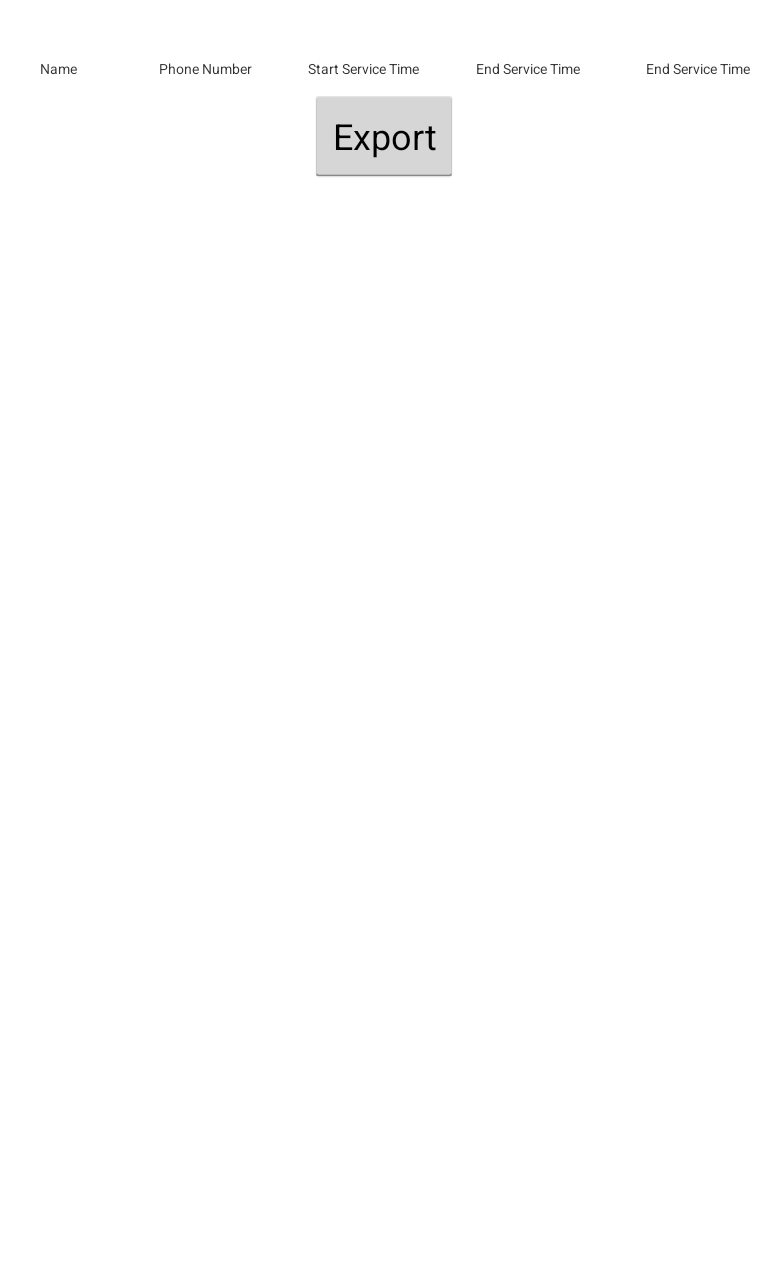
Repository: judemailom/queue-manager
Layout: QueueManager/res/layout/activity_logs.xml
These files come from the project's save history. The layout is drawn as it stood at one moment and after the next save; the edit follows.
It is drawn on a 768 x 1280 px phone screen (xhdpi) without system bars, with theme AppTheme; the app's code is not run.

Above is the layout before, as saved 2014-02-05 15:54:39.

After the next save:
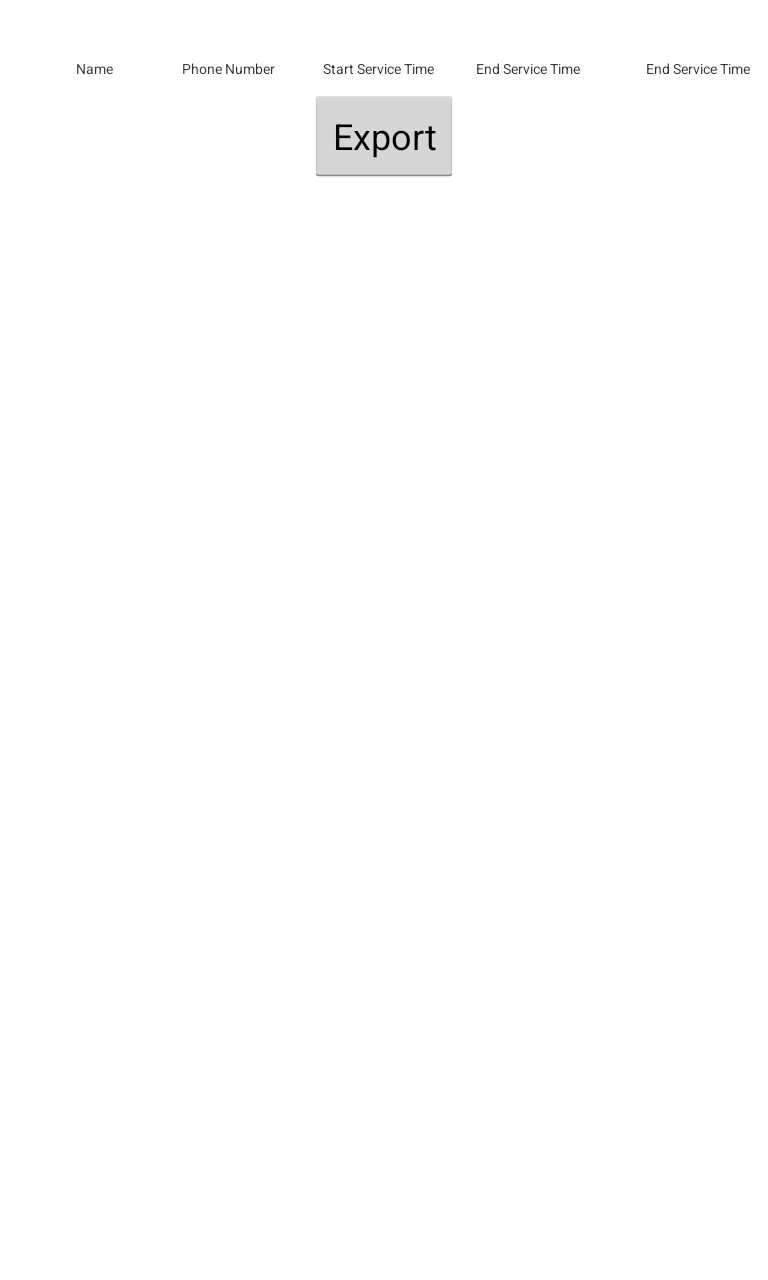
Saved 11 s later.
--- a/QueueManager/res/layout/activity_logs.xml
+++ b/QueueManager/res/layout/activity_logs.xml
@@ -51,7 +51,7 @@
         	        android:layout_height="wrap_content"
         	        android:layout_gravity="center_vertical"
         	        android:layout_weight="1"
-        	        android:gravity="left"
+        	        android:gravity="center"
         	        android:paddingLeft="15dp"
         	        android:paddingRight="5dp"
         	        android:text="@string/name_head"
@@ -61,7 +61,7 @@
         	        android:layout_width="0dp"
         	        android:layout_height="wrap_content"
         	        android:layout_weight="1"
-        	        android:gravity="left"
+        	        android:gravity="center"
         	        android:paddingRight="5dp"
         	        android:text="@string/number_head"
         	        android:textSize="14px" />
@@ -71,7 +71,7 @@
         	        android:layout_height="wrap_content"
         	        android:layout_gravity="center_vertical"
         	        android:layout_weight="1"
-        	        android:gravity="left"
+        	        android:gravity="center"
         	        android:paddingRight="5dp"
         	        android:text="@string/start_head"
         	        android:textSize="14px" />
